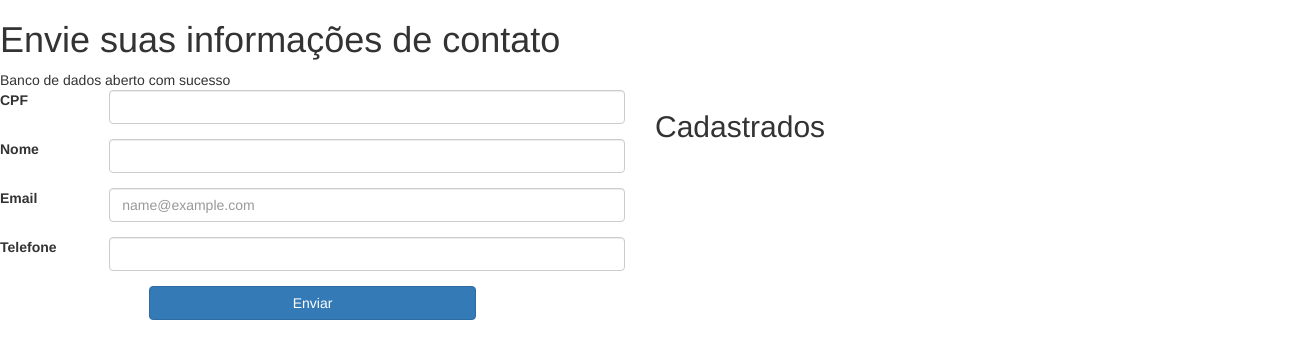
Repository: NicholasMaestrello/treinamento-impacta
Page: http://localhost/02_EmpresaRH/trabalhe_conosco.html
The author's editor kept a copy of each file at every save. The page is drawn from the files as they stood at one save, then again after the next save.
The browser window is 1280 px wide. The page is 1295 px wide, so the pictures cover 1295 px, including what lies to the right of the window. The pictures show the whole page.
Some web libraries are served in a nearby version. The page is served by Tomcat 9.

Above is the page before, as saved 2017-10-23 18:54:04.
Console error: TypeError: Cannot read properties of undefined (reading 'transaction')

### DesenvolvimentoJava/Modulo06/02_EmpresaRH/WebContent/trabalhe_conosco.html
<!DOCTYPE html>
<html>
<head>
<meta charset="UTF-8" />
<meta name="viewport" content="width=device-width, initial-scale=1.0" />
<title>trabalhe conosco</title>
<link rel="stylesheet" href="https://maxcdn.bootstrapcdn.com/bootstrap/3.3.7/css/bootstrap.min.css">
</head>
<body>
	<h1>Envie suas informações de contato</h1>
	<div id="mensagemdb"></div>
	<div class="row">
		<form class="col-xs-6">
			<div class="form-group row">
				<label for="cpf" class="col-sm-2">CPF</label>
				<div class="col-sm-10">
					<input type="email" class="form-control" id="cpf" name="cpf" />
				</div>
			</div>
			<div class="form-group row">
				<label for="nome" class="col-sm-2">Nome</label>
				<div class="col-sm-10">
					<input type="email" class="form-control" id="nome" name="nome" />
				</div>
			</div>
			<div class="form-group row">
				<label for="email" class="col-sm-2">Email</label>
				<div class="col-sm-10">
					<input type="email" class="form-control" id="email" name="email"
						placeholder="name@example.com">
				</div>
			</div>
			<div class="form-group row">
				<label for="telefone" class="col-sm-2">Telefone</label>
				<div class="col-sm-10">
					<input type="tel" class="form-control" id="telefone"
						name="telefone" />
				</div>
			</div>
			<div class="form-group row">
				<div class="col-sm-3"></div>
				<button id="enviar" type="button" class="btn btn-primary col-sm-6">Enviar</button>
			</div>
		</form>
		<div class="col-xs-6">
			<h2>Cadastrados</h2>
			<ul id="listaCadastrados"></ul>
		</div>
	</div>
	<script type="text/javascript"
		src="https://code.jquery.com/jquery-3.2.1.min.js"></script>
	<script
		src="https://maxcdn.bootstrapcdn.com/bootstrap/3.3.7/js/bootstrap.min.js"></script>
	<script src="trabalhe.js" type="text/javascript"></script>
</body>
</html>

### DesenvolvimentoJava/Modulo06/02_EmpresaRH/WebContent/trabalhe.js
$(document).ready(function(){
	let request, db;

	// abrindo ou cirando o banco de dados

	request = window.indexedDB.open("DBCandidatos");

	// eventos usados ao abrir o banco de dadeos

	request.onerror = function(event) {
		$("#mensagemdb").html("Erro ao abrir o banco de dados");
	}

	request.onsuccess = function(event) {
		$("#mensagemdb").html("Banco de dados aberto com sucesso");
		db = event.target.result;
	}

	request.onupgradeneeded = function(event){
		$("#mensagemdb").html("Banco de dados preparado");
		db = event.target.result;

		let objectStore = db.createObjectStore("candidatos",
				{keyPath: "cpf"})
	}


	$("#enviar").click(function(){
		let cpf = $("#cpf").val();
		let nome = $("#nome").val();
		let telefone = $("#telefone").val();
		let email = $("#email").val();

		let transaction = db.transaction(["candidatos"], "readwrite");
		transaction.oncomplete = function(event){
			$("#mensagemdb").html("registro incluido");
		}
		transaction.onerror = function(event){
			$("#mensagemdb").html("ocorreu um erro");
		}
		let objectStore = transaction.objectStore("candidatos");
		objectStore.add({cpf, nome, telefone, email});
		listar()
	})

	function listar() {
		let transaction = db.transaction(["candidatos"], "readonly")
		let objectStore = transaction.objectStore("candidatos");
		objectStore.openCursor().onsuccess = function(event){
			let cursor = event.target.result;
			if(cursor){
				$("#listaCadastrados").append(`<li> ${cursor.value.nome}</li>`);
				cursor.continue()
			}
		}
	}
	listar()
})

After the next save:
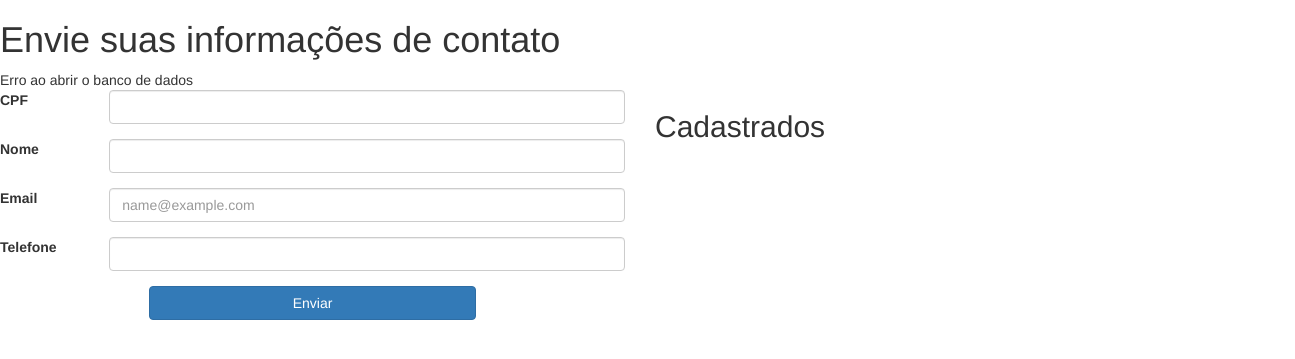
Console error (its wording comes from the project's code and is left out).
Saved 110 s later.
--- a/DesenvolvimentoJava/Modulo06/02_EmpresaRH/WebContent/trabalhe.js
+++ b/DesenvolvimentoJava/Modulo06/02_EmpresaRH/WebContent/trabalhe.js
@@ -22,6 +22,7 @@
 
 		let objectStore = db.createObjectStore("candidatos",
 				{keyPath: "cpf"})
+		listar()
 	}
 
 
@@ -54,5 +55,5 @@
 			}
 		}
 	}
-	listar()
+
 })

After the 3 saves that followed:
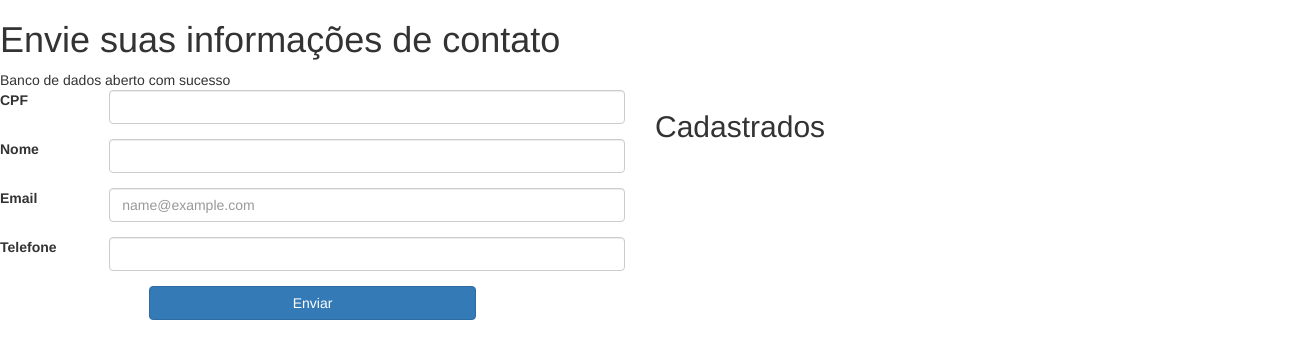
The error is gone.
The 3 saves are shown as one change because 2 left the picture as it was.
The last was saved 84 s later.
--- a/DesenvolvimentoJava/Modulo06/02_EmpresaRH/WebContent/trabalhe.js
+++ b/DesenvolvimentoJava/Modulo06/02_EmpresaRH/WebContent/trabalhe.js
@@ -14,15 +14,15 @@
 	request.onsuccess = function(event) {
 		$("#mensagemdb").html("Banco de dados aberto com sucesso");
 		db = event.target.result;
+		listar()
 	}
 
 	request.onupgradeneeded = function(event){
 		$("#mensagemdb").html("Banco de dados preparado");
 		db = event.target.result;
 
-		let objectStore = db.createObjectStore("candidatos",
-				{keyPath: "cpf"})
-		listar()
+		let objectStore = db.createObjectStore("candidatos", {keyPath: "cpf"})
+
 	}
 
 
@@ -45,6 +45,7 @@
 	})
 
 	function listar() {
+		console.log("entrou no listar")
 		let transaction = db.transaction(["candidatos"], "readonly")
 		let objectStore = transaction.objectStore("candidatos");
 		objectStore.openCursor().onsuccess = function(event){
